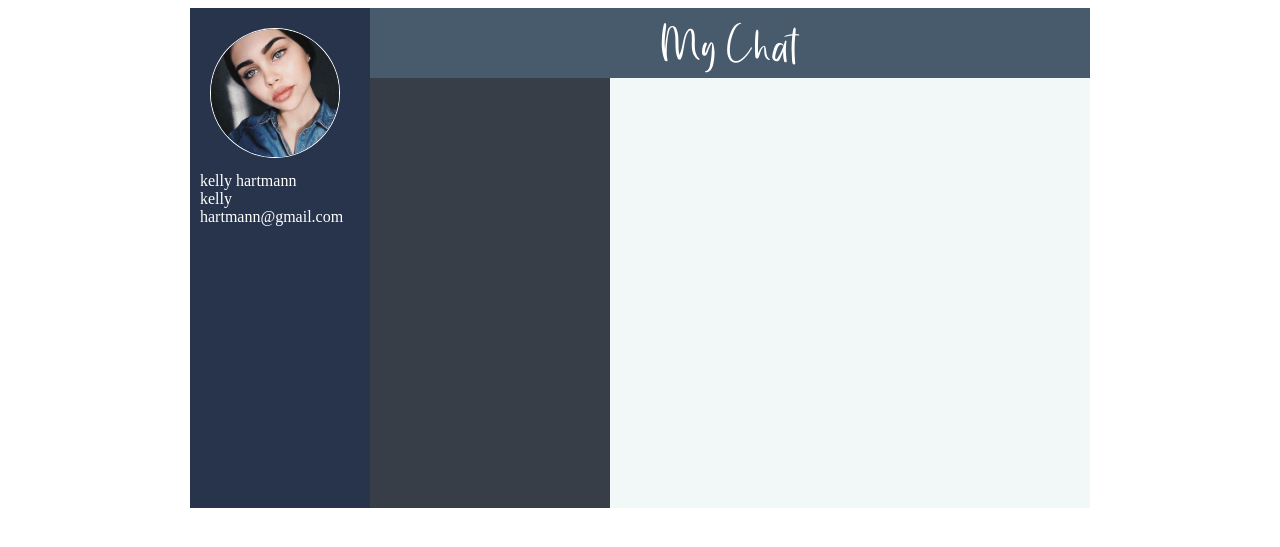
Repository: chathura226/SeekWork_Group_Project_I
Page: http://localhost/
The author's editor kept a copy of each file at every save. The page is drawn from the files as they stood at one save, then again after the next save.
The browser window is 1280 px wide. The pictures show the whole page.
The page is run by PHP 8.4 with error messages shown; the project is at /var/www/html/.

Above is the page before, as saved 2023-12-02 12:33:15.

After the next save:
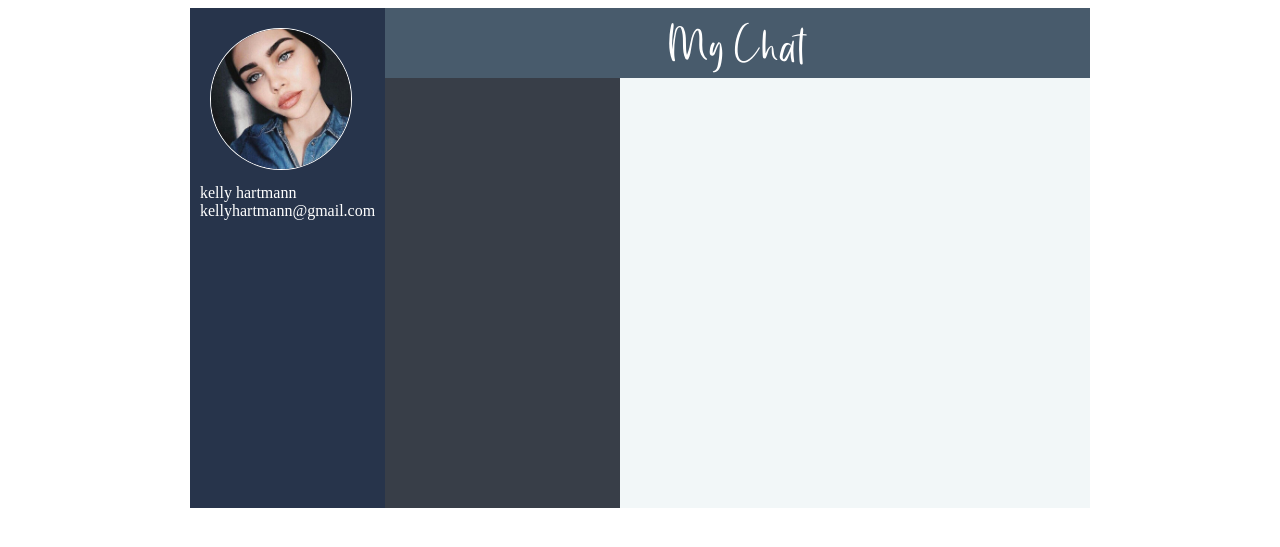
Saved 22 s later.
--- a/chat/index.php
+++ b/chat/index.php
@@ -85,7 +85,7 @@
                     <br>
                     kelly hartmann
                     <br>
-                    kelly hartmann@gmail.com
+                    kellyhartmann@gmail.com
                 </div>
            </div>
            <div id="right_pannel">
